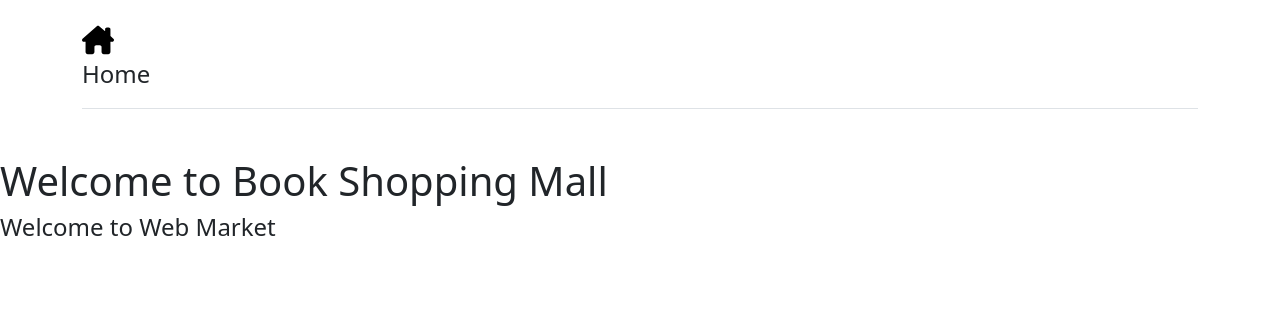
Repository: 6dreamhigh/jsp
Page: http://localhost/BookMarket/welcome.jsp
These files come from the project's save history. The page is drawn as it stood at one moment and after the next save; the edit follows.
The browser window is 1280 px wide. The pictures show the whole page.
The page is served by Tomcat 9.

Above is the page before, as saved 2024-08-12 06:52:30.

### BookMarket/src/main/webapp/welcome.jsp
<%@ page language="java" contentType="text/html; charset=EUC-KR"
    pageEncoding="EUC-KR"%>
<!DOCTYPE html>
<html>
<head>
<meta charset="EUC-KR">
<title>Welcome</title>
<link href="https://cdn.jsdelivr.net/npm/bootstrap@5.1.3/dist/css/bootstrap.min.css" rel="stylesheet">

</head>
<body>
<div class ="container py-4">
	<header class ="pb-3 mb-4 border-bottom">
		<a href = "./welcome.jsp" class ="d-flex align-items-center text-dark text-decoration-none">
		<svg width="32" height="32" xmlns="http://www.w3.org/2000/svg" viewBox="0 0 576 512"><!--!Font Awesome Free 6.6.0 by @fontawesome - https://fontawesome.com License - https://fontawesome.com/license/free Copyright 2024 Fonticons, Inc.--><path d="M543.8 287.6c17 0 32-14 32-32.1c1-9-3-17-11-24L512 185l0-121c0-17.7-14.3-32-32-32l-32 0c-17.7 0-32 14.3-32 32l0 36.7L309.5 7c-6-5-14-7-21-7s-15 1-22 8L10 231.5c-7 7-10 15-10 24c0 18 14 32.1 32 32.1l32 0 0 69.7c-.1 .9-.1 1.8-.1 2.8l0 112c0 22.1 17.9 40 40 40l16 0c1.2 0 2.4-.1 3.6-.2c1.5 .1 3 .2 4.5 .2l31.9 0 24 0c22.1 0 40-17.9 40-40l0-24 0-64c0-17.7 14.3-32 32-32l64 0c17.7 0 32 14.3 32 32l0 64 0 24c0 22.1 17.9 40 40 40l24 0 32.5 0c1.4 0 2.8 0 4.2-.1c1.1 .1 2.2 .1 3.3 .1l16 0c22.1 0 40-17.9 40-40l0-16.2c.3-2.6 .5-5.3 .5-8.1l-.7-160.2 32 0z"/></svg>
		</a>
		<span class="fs-4">Home</span>
	</header>



</div>
<%! String greeting = "Welcome to Book Shopping Mall";
	String tagline = "Welcome to Web Market";
%>
<h1><%=greeting %></h1>
<h4><%=tagline %></h4>
</body>
</html>

After the next save:
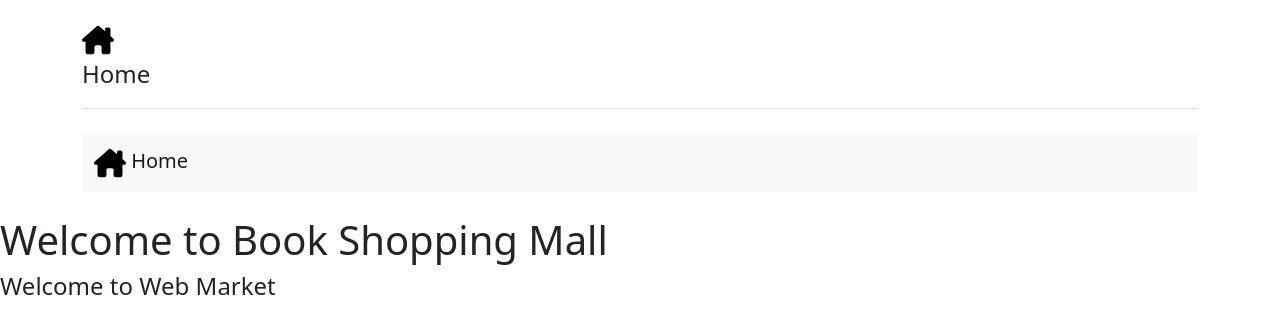
Saved 2 min 17 s later.
--- a/BookMarket/src/main/webapp/welcome.jsp
+++ b/BookMarket/src/main/webapp/welcome.jsp
@@ -17,6 +17,15 @@
 		<span class="fs-4">Home</span>
 	</header>
 
+	<nav class="navbar navbar-light bg-light">
+	  <div class="container-fluid">
+	    <a class="navbar-brand" href="#">
+		<svg width="32" height="32" xmlns="http://www.w3.org/2000/svg" viewBox="0 0 576 512"><!--!Font Awesome Free 6.6.0 by @fontawesome - https://fontawesome.com License - https://fontawesome.com/license/free Copyright 2024 Fonticons, Inc.--><path d="M543.8 287.6c17 0 32-14 32-32.1c1-9-3-17-11-24L512 185l0-121c0-17.7-14.3-32-32-32l-32 0c-17.7 0-32 14.3-32 32l0 36.7L309.5 7c-6-5-14-7-21-7s-15 1-22 8L10 231.5c-7 7-10 15-10 24c0 18 14 32.1 32 32.1l32 0 0 69.7c-.1 .9-.1 1.8-.1 2.8l0 112c0 22.1 17.9 40 40 40l16 0c1.2 0 2.4-.1 3.6-.2c1.5 .1 3 .2 4.5 .2l31.9 0 24 0c22.1 0 40-17.9 40-40l0-24 0-64c0-17.7 14.3-32 32-32l64 0c17.7 0 32 14.3 32 32l0 64 0 24c0 22.1 17.9 40 40 40l24 0 32.5 0c1.4 0 2.8 0 4.2-.1c1.1 .1 2.2 .1 3.3 .1l16 0c22.1 0 40-17.9 40-40l0-16.2c.3-2.6 .5-5.3 .5-8.1l-.7-160.2 32 0z"/></svg>
+	      Home
+	    </a>
+	  </div>
+</nav>
+
 
 
 </div>
